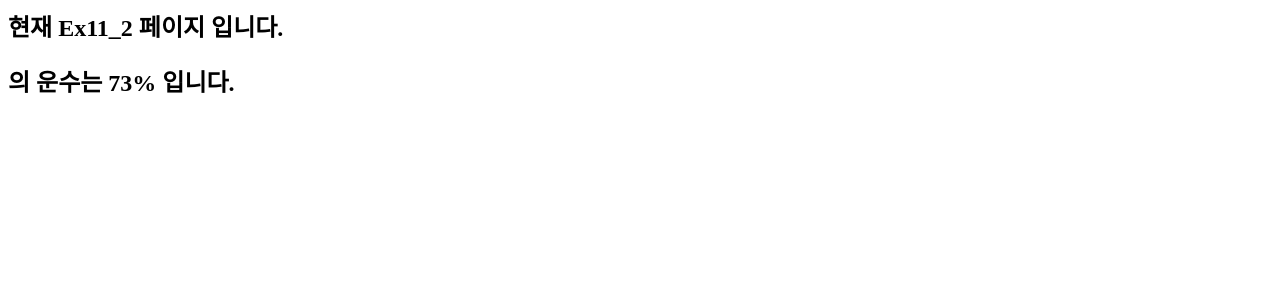
Repository: hagjun/jspstudy
Page: http://localhost/01_servlet/Ex11_2
These files come from the project's save history. The page is drawn as it stood at one moment and after the next save; the edit follows.
The browser window is 1280 px wide. The pictures show the whole page.
The page is served by Tomcat 9.

Above is the page before, as saved 2024-03-05 03:46:40.

After the next save:
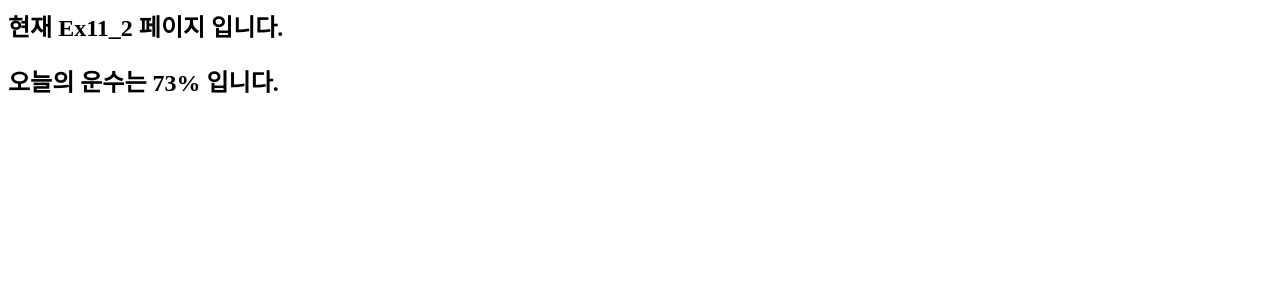
Saved 32 s later.
--- a/01_servlet/src/main/java/com/ict/controller/Ex11_2.java
+++ b/01_servlet/src/main/java/com/ict/controller/Ex11_2.java
@@ -30,7 +30,7 @@ public class Ex11_2 extends HttpServlet {
 		int luck = (int)(Math.random() * 101);
 
 		out.println("<h2>현재 Ex11_2 페이지 입니다. </h2>");
-		out.println("<h2> 의 운수는 " + luck + "% 입니다. </h2>");
+		out.println("<h2> 오늘의 운수는 " + luck + "% 입니다. </h2>");
 	}
 
 
